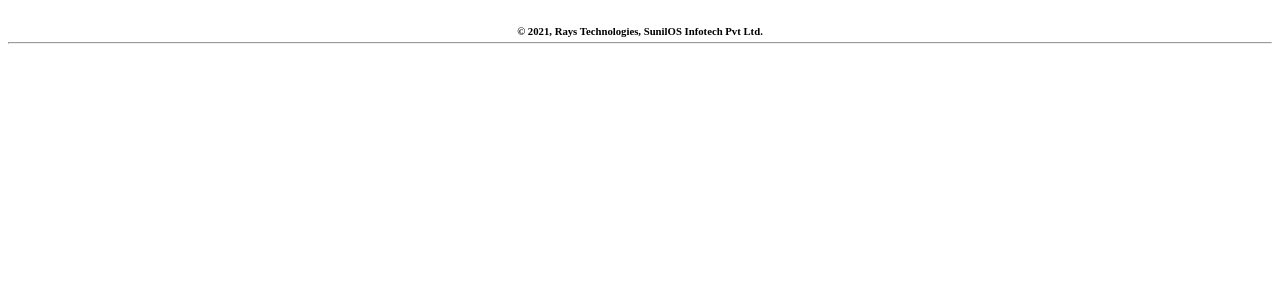
Repository: sachinmandloi1921/AdvanceJava
Page: http://localhost/Advance_Maven/footer.jsp
These files come from the project's save history. The page is drawn as it stood at one moment and after the next save; the edit follows.
The browser window is 1280 px wide. The pictures show the whole page.
The page is served by Tomcat 9. Other server files are loaded and not shown.

Above is the page before, as saved 2022-07-14 10:39:15.

### Advance Workspace/Advance_Maven/src/main/webapp/footer.jsp
<%@ page language="java" contentType="text/html; charset=ISO-8859-1"
    pageEncoding="ISO-8859-1"%>
<!DOCTYPE html>
<html>
<head>
<meta charset="ISO-8859-1">
<title>Insert title here</title>
</head>
<body>
<h6>
<center> © 2021, Rays Technologies,  SunilOS Infotech Pvt Ltd. </center>
<hr>
</h6>
</body>
</html>

After the next save:
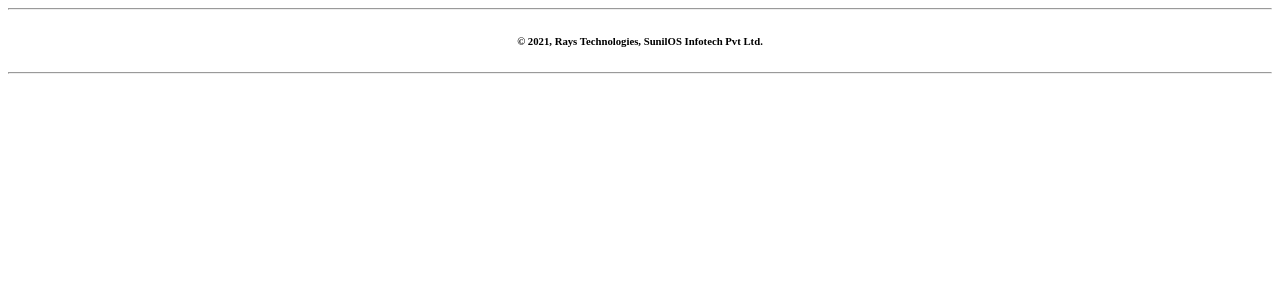
Saved 42 s later.
--- a/Advance Workspace/Advance_Maven/src/main/webapp/footer.jsp
+++ b/Advance Workspace/Advance_Maven/src/main/webapp/footer.jsp
@@ -7,9 +7,8 @@
 <title>Insert title here</title>
 </head>
 <body>
-<h6>
-<center> © 2021, Rays Technologies,  SunilOS Infotech Pvt Ltd. </center>
 <hr>
-</h6>
+<h6><center> © 2021, Rays Technologies,  SunilOS Infotech Pvt Ltd. </center></h6>
+<hr>
 </body>
 </html>
